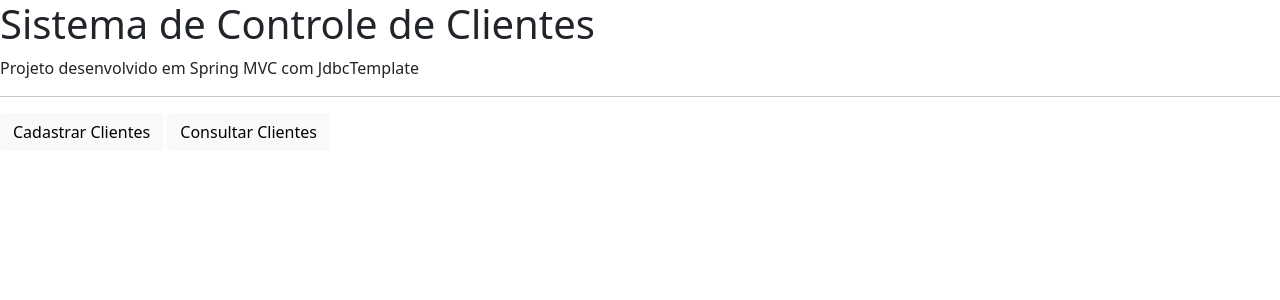
Repository: uanderns/springMvc01
Page: http://localhost/springMvc01/WEB-INF/views/home.jsp
These files come from the project's save history. The page is drawn as it stood at one moment and after the next save; the edit follows.
The browser window is 1280 px wide. The pictures show the whole page.
The page is served by Tomcat 9. Nobody is signed in. Other server files are loaded and not shown. The template is opened directly, without the code that normally fills it, so the values that code supplies are empty.

Above is the page before, as saved 2021-01-31 12:05:46.

### springMvc01/src/main/webapp/WEB-INF/views/home.jsp
<%@page contentType="text/html" pageEncoding="UTF-8"%>
<!DOCTYPE HTML PUBLIC "-//W3C//DTD HTML 4.01 Transitional//EN"
   "http://www.w3.org/TR/html4/loose.dtd">

<html>
    <head>
        <meta http-equiv="Content-Type" content="text/html; charset=UTF-8">
        <title>Home</title>

        <!--  Folha de estilo CSS -->
        <link rel="stylesheet" href="resources/css/bootstrap.min.css"/>

    </head>
    <body>

    	<div>
    	<h1>Sistema de Controle de Clientes</h1>
        <p>Projeto desenvolvido em Spring MVC com JdbcTemplate</p>
        <hr/>

      <a href="/springMvc01/formularioCliente" class="btn btn-light">Cadastrar Clientes</a>
	  <a href="/springMvc01/listagemClientes" class="btn btn-light">Consultar Clientes</a>

    	</div>







        <!-- Arquivos JavaScript -->
        <script src="resources/jquery-3.5.1.min.js"></script>
        <script src="resources/bootstrap.min.js"></script>

    </body>
</html>

Loaded but not shown: springMvc01/src/main/webapp/resources/css/bootstrap.min.css (library); springMvc01/src/main/webapp/resources/js/jquery-3.5.1.min.js (library); springMvc01/src/main/webapp/resources/js/bootstrap.min.js (library)

After the next save:
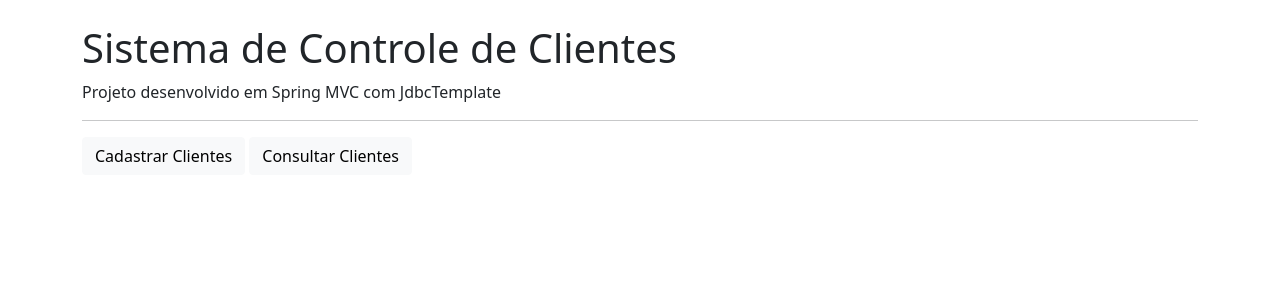
Saved 19 s later.
--- a/springMvc01/src/main/webapp/WEB-INF/views/home.jsp
+++ b/springMvc01/src/main/webapp/WEB-INF/views/home.jsp
@@ -13,7 +13,7 @@
     </head>
     <body>
 
-    	<div>
+    	<div class="container mt-4">
     	<h1>Sistema de Controle de Clientes</h1>
         <p>Projeto desenvolvido em Spring MVC com JdbcTemplate</p>
         <hr/>
